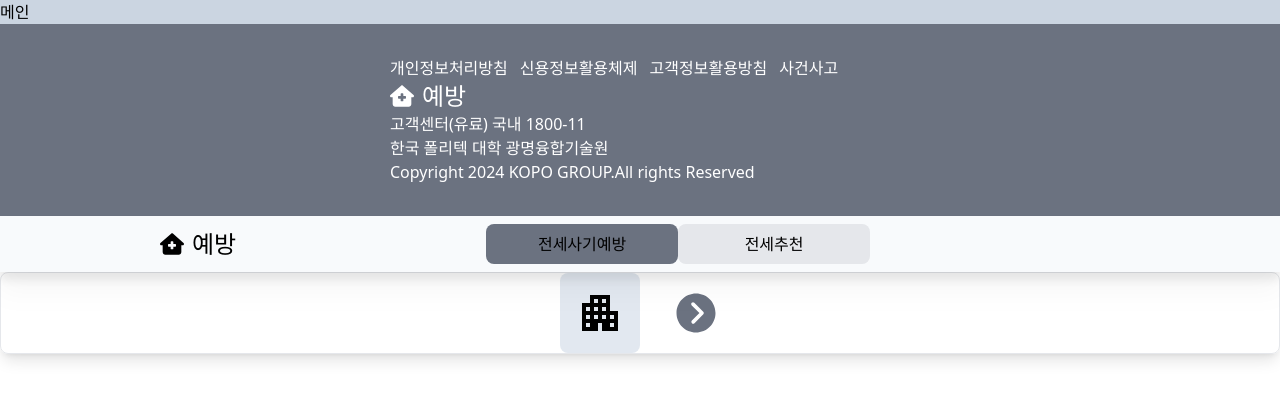
Repository: hanaTI-team-1/frontend
Page: /
These files come from the project's save history. The page is drawn as it stood at one moment and after the next save; the edit follows.
The browser window is 1280 px wide. The pictures show the whole page.
The project was rebuilt for these pictures with package versions that can differ from the ones it lists, and the page was loaded fresh each time. Also part of the build but not shown: vite.config.js, src/App.css, src/components/Recommend.jsx, src/components/Protect.jsx.

Above is the page before, as saved 2024-07-11 21:36:28.

After the next save:
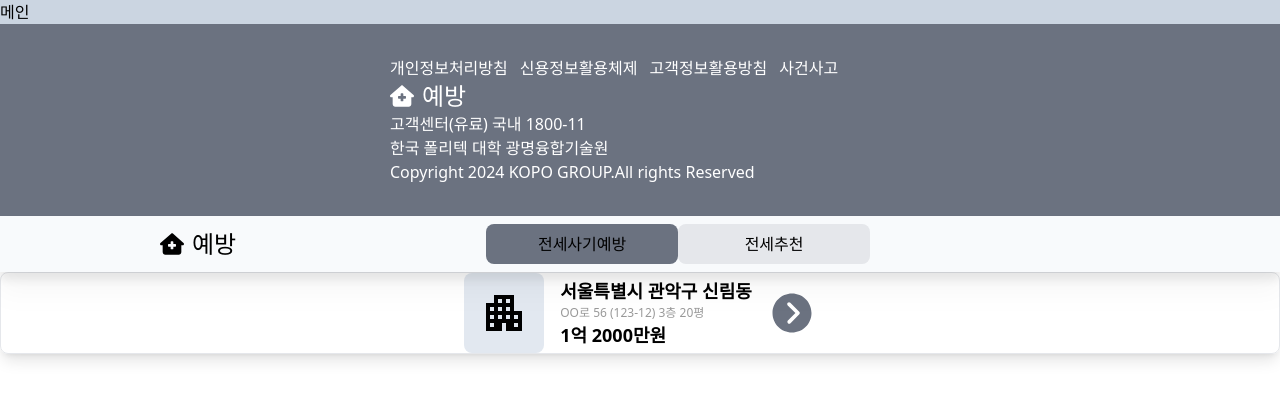
Saved 108 s later.
--- a/src/components/Main.jsx
+++ b/src/components/Main.jsx
@@ -9,7 +9,7 @@ export default function Main() {
       <Footer />
       <Header />
       <ul>
-        <JeonseCard />
+        <JeonseCard address1={"서울특별시 관악구 신림동"} address2={"OO로 56 (123-12) 3층 20평"} price={"1억 2000만원"}/>
       </ul>
     </>
   );
